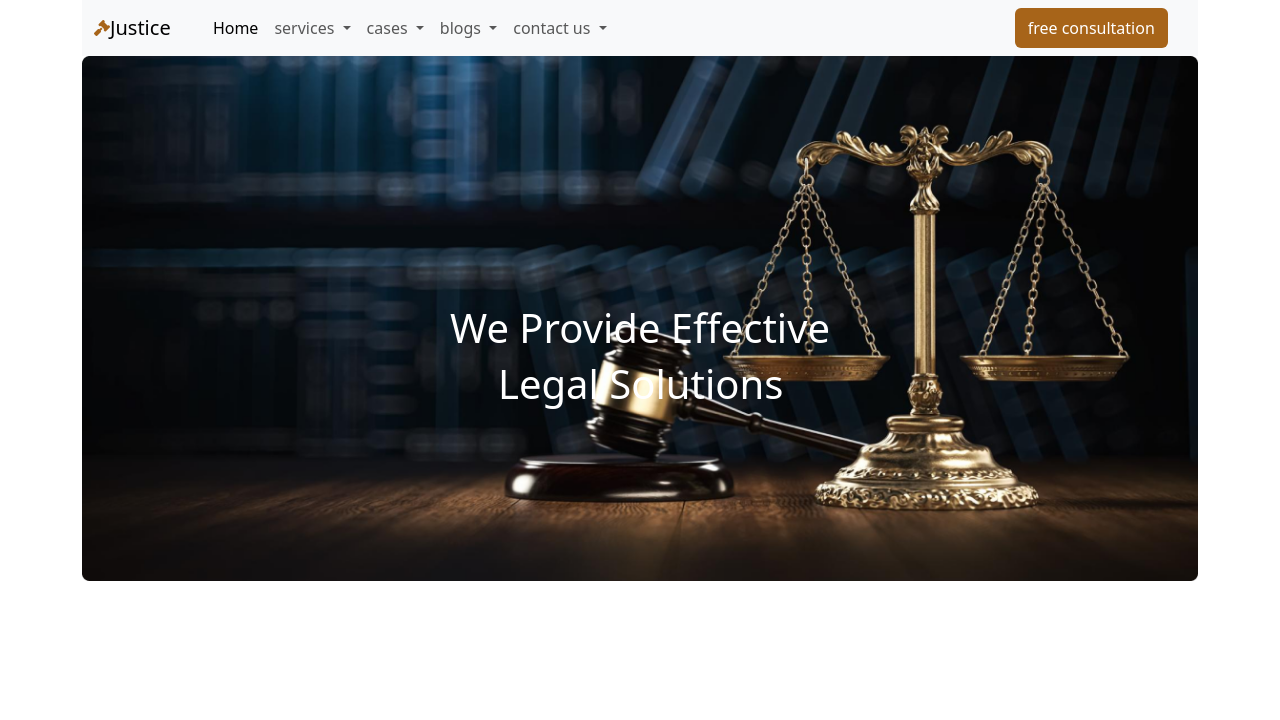
Repository: sadiaafsana138/justice
Page: index.html
An editor plug-in stored every save of this project. The page is shown before and after the next save, followed by the edit.
The browser window is 1280 px wide. The pictures show the whole page.
Some web libraries are served in a nearby version.

Above is the page before, as saved 2023-01-25 18:09:16.

After the next save:
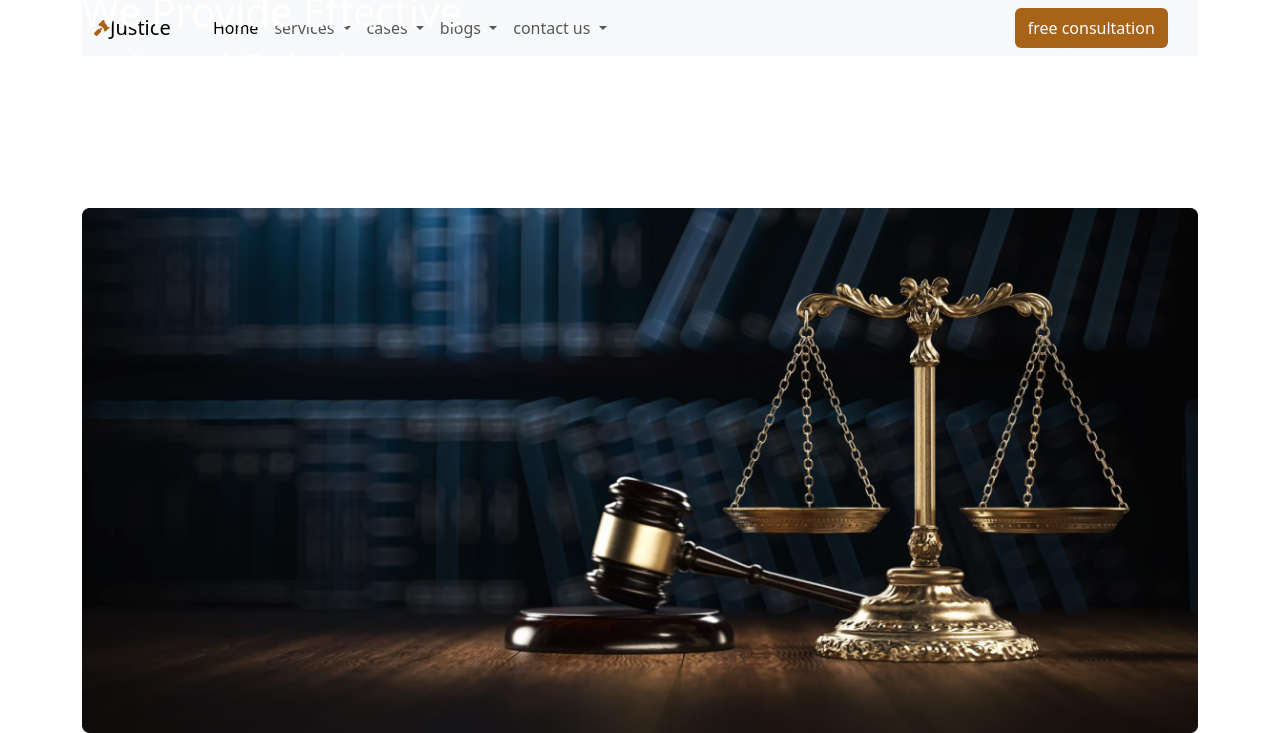
Saved 105 s later.
--- a/index.html
+++ b/index.html
@@ -110,6 +110,7 @@
                 <div class="banner-text text-primary-color1">
                     <h1>We Provide Effective </h1>
                     <H1 class="ps-5">Legal Solutions</H1>
+                    <p>There are many variations of passages of Lorem Ipsum available, but the majority have suffered alteration in some form, by injected humour.</p>
                 </div>
                 <img class="img-fluid" src="images/banner.png" alt="">
             </div>
--- a/css/Styles.css
+++ b/css/Styles.css
@@ -12,7 +12,7 @@
 }
 .banner-text{
 
-        position: absolute;
+        position:relative;
         top: 50%;
         left: 50%;
         transform: translate(-50%, -50%);

After the save that followed:
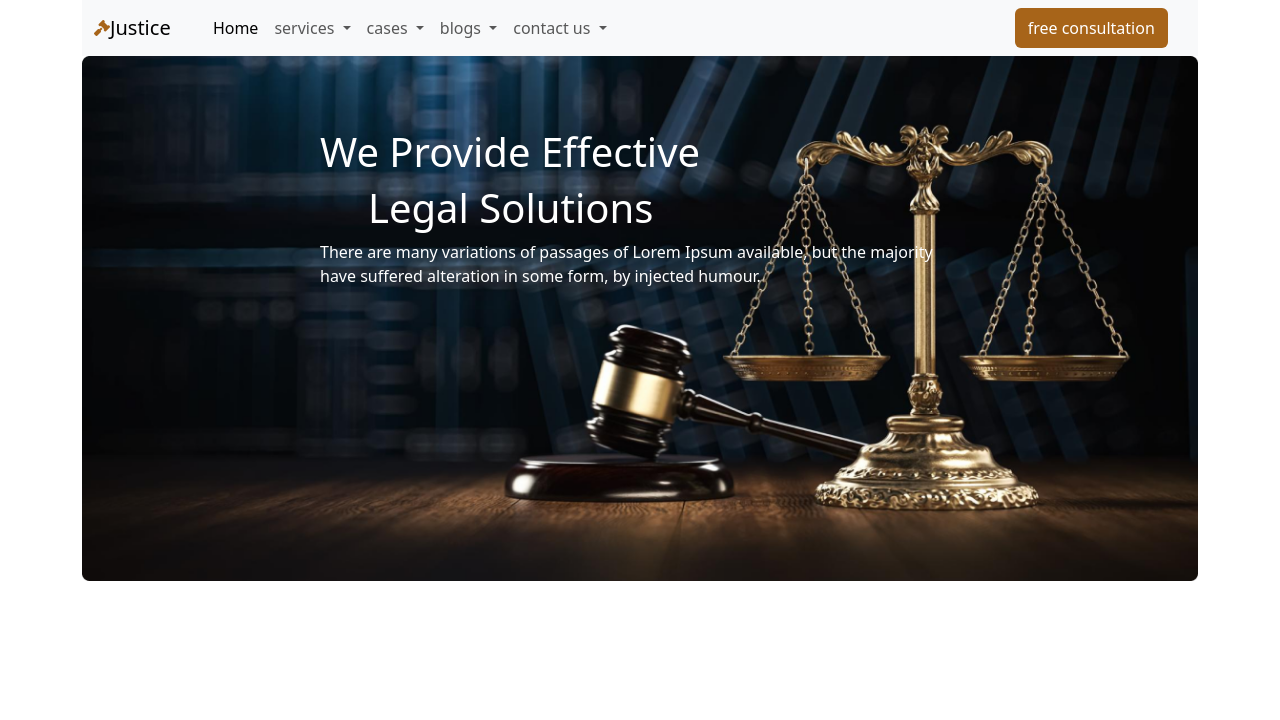
Saved 36 s later.
--- a/css/Styles.css
+++ b/css/Styles.css
@@ -12,8 +12,8 @@
 }
 .banner-text{
 
-        position:relative;
-        top: 50%;
+        position:absolute;
+        top: 30%;
         left: 50%;
         transform: translate(-50%, -50%);
 
